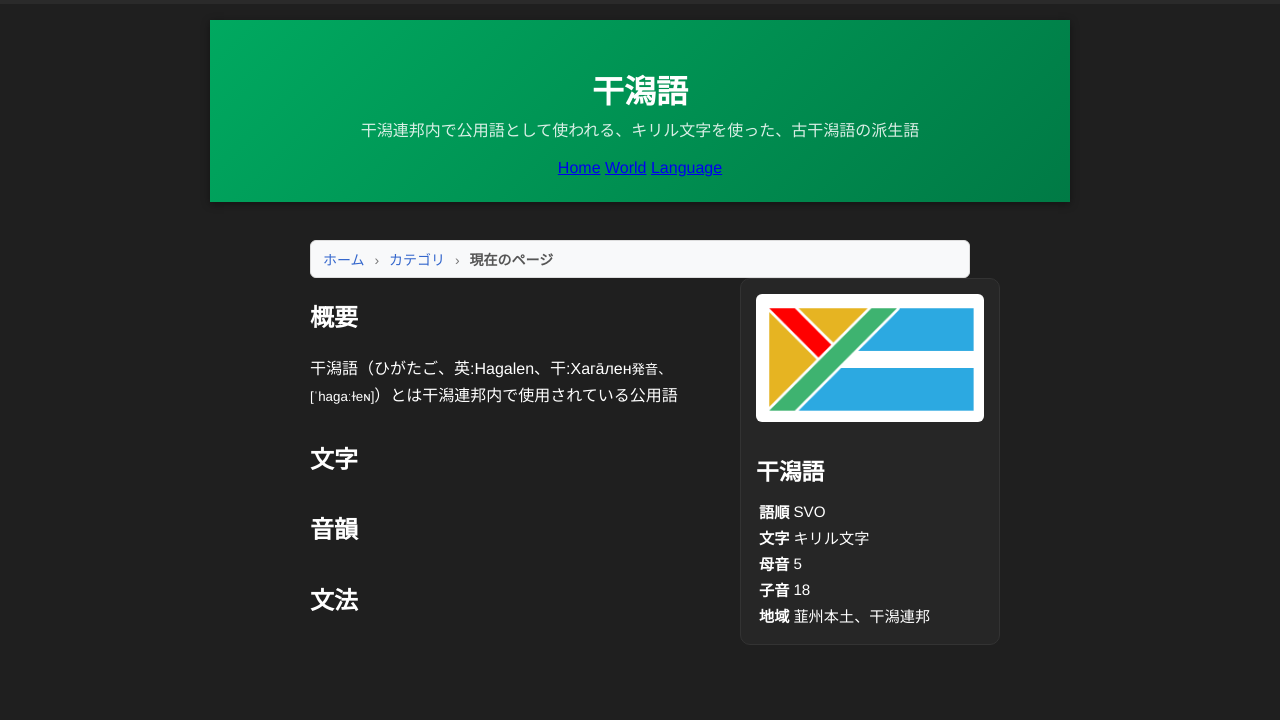
Repository: Player5270-antake/Player5270-antake.github.io
Page: language/hagalen/index.html
These files come from the project's save history. The page is drawn as it stood at one moment and after the next save; the edit follows.
The browser window is 1280 px wide. The pictures show the whole page.

Above is the page before, as saved 2026-03-08 22:47:49.

### language/hagalen/index.html
<!DOCTYPE html>
<html lang="ja">
<head>
    <meta charset="UTF-8">
    <meta name="viewport" content="width=device-width, initial-scale=1.0">
    <title>干潟語 | あんたけのガレージセンター</title>
    <link rel="stylesheet" href="../../css/base.css">
    <link rel="stylesheet" href="../../css/layout.css">
    <link rel="stylesheet" href="../../css/header.css">
    <link rel="stylesheet" href="../../css/subpage.css">
</head>
<body class="subpage">
    <div class="progress-bar">
        <div class="progress"></div>
    </div>
    <div class="container">
        <header>
            <h1>干潟語</h1>
            <p>干潟連邦内で公用語として使われる、キリル文字を使った、古干潟語の派生語</p>
            <nav>
                <a href="../../">Home</a>
                <a href="../../world/">World</a>
                <a href="../">Language</a>
            </nav>
        </header>
        <main>
            <nav class="breadcrumb">
                <a href="/">ホーム</a>
                <span class="sep">›</span>
                <a href="/category">カテゴリ</a>
                <span class="sep">›</span>
                <span class="current">現在のページ</span>
            </nav>
            <button class="toc-toggle" id="tocToggle">
            <span></span>
            <span></span>
            <span></span>
            </button>

            <nav class="toc" id="toc">
            <ul id="tocList">
            </ul>
            </nav>

            <div class="page-layout">

            <article class="article">

            <section id="overview">
            <h2>概要</h2>
            <p>干潟語（ひがたご、英:Hagalen、干:Хага̄лен<small>発音、[ˈhaɡaːɫeɴ]</small>）とは干潟連邦内で使用されている公用語</p>
            </section>

            <section id="character">
            <h2>文字</h2>
            </section>

            <section id="phonology">
            <h2>音韻</h2>
            </section>

            <section id="grammar">
            <h2>文法</h2>
            </section>

            </article>

            <aside class="infobox">
                <img src="../../image/flag_hagalen.png" alt="言語旗">
                <h2>干潟語</h2>

                <table>

                <tr>
                <th>語順</th>
                <td>SVO</td>
                </tr>

                <tr>
                <th>文字</th>
                <td>キリル文字</td>
                </tr>

                <tr>
                <th>母音</th>
                <td>5</td>
                </tr>

                <tr>
                <th>子音</th>
                <td>18</td>
                </tr>

                <tr>
                <th>地域</th>
                <td>韮州本土、干潟連邦</td>
                </tr>
                </table>
            </aside>
        </main>
    </div>
    <script src="../../javascript/toc.js" defer></script>
    <script src="../../javascript/progress.js" defer></script>
    <script src="../../javascript/toc-toggle.js" defer></script>
</body>
</html>

### css/base.css
/* リセット・基本 */
*{
    box-sizing:border-box;
}

body{
    background-color:#1f1f1f;
    color:white;
    font-family:'Helvetica Neue','Helvetica','Arial',sans-serif;
    margin:0;
}

html{
    scroll-behavior:smooth;
}

.container{
    max-width:900px;
    margin:0 auto;
    padding:20px;
}

/* 見出し */
h2{
    margin-bottom:10px;
}

/* セクション */
section{
    margin-bottom:30px;
}

/*検索ボックス*/
.search-box{
    position:relative;
    margin-top:10px;
}

#searchInput{
    padding:6px;
    border-radius:6px;
    border:none;
}

#searchResults{
    position:absolute;
    background:#2a2a2a;
    width:200px;
    border-radius:6px;
    margin-top:4px;
}

#searchResults div{
    padding:6px;
}

#searchResults a{
    color:white;
    text-decoration:none;
}

### css/layout.css
/* メイン */
main{
    padding:20px;
    margin-top:20px;
    max-width:700px;
    margin:auto;
}

/* フッター */
footer{
    margin-top:40px;
    padding:25px;
    text-align:center;
    background:#181818;
    border-top:1px solid #333;
}

.footer-nav{
    margin-top:10px;
}

.footer-nav a{
    text-decoration:none;
    color:#aaa;
    margin:0 10px;
}

.footer-nav a:hover{
    color:white;
}

/* スクロールバー */
.progress-bar{
    position:fixed;
    top:0;
    left:0;
    width:100%;
    height:4px;
    background:#2a2a2a;
    z-index:2000;
}

.progress{
    height:100%;
    width:0%;
    background:#4a90e2;
    transition:width 0.1s;
}

/*パンくずリスト*/
.breadcrumb {
    font-size: 14px;
    padding: 8px 12px;
    background: #f8f9fa;
    border: 1px solid #ddd;
    border-radius: 6px;
}

.breadcrumb a {
    text-decoration: none;
    color: #3366cc;
}

.breadcrumb a:hover {
    text-decoration: underline;
}

.breadcrumb .sep {
    margin: 0 6px;
    color: #777;
}

.breadcrumb .current {
    color: #555;
    font-weight: bold;
}

### css/header.css
header{
    background:linear-gradient(135deg,#00a960,#007a45);
    padding:25px;
    text-align:center;
    z-index:1000;
    box-shadow:0 2px 8px rgba(0,0,0,0.4);
}

header h1{
    margin-bottom:5px;
    font-size:32px;
}

header p{
    margin-top:0;
    opacity:0.85;
}

/* ナビ */
nav{
    margin-top:18px;
}

.header-nav a{
    text-decoration:none;
    color:white;
    background-color:#005f34;
    padding:8px 18px;
    margin:0 6px;
    border-radius:20px;
    font-weight:bold;
    display:inline-block;
}

.header-nav a:hover{
    background-color:#004d2b;
    transform:translateY(-2px);
}

### css/subpage.css
/* ヘッダー固定なし */
header{
    position:static;
}

/* 記事 */
.article{
    max-width:800px;
    line-height:1.7;
}

/* ページレイアウト */
.page-layout{
    display:grid;
    grid-template-columns:1fr 250px;
    gap:40px;
}

/* 目次 */
.toc-toggle{
    position:fixed;
    top:20px;
    left:20px;
    width:40px;
    height:40px;
    background:#262626;
    border:1px solid #333;
    border-radius:8px;
    cursor:pointer;
    display:none;
    z-index:2000;
    }

    .toc-toggle span{
    display:block;
    width:20px;
    height:2px;
    background:white;
    margin:6px auto;
}

.toc{
    position:fixed;
    top:80px;
    left:20px;
    background:#262626;
    border:1px solid #333;
    border-radius:10px;
    padding:12px;
    display:none;
    min-width:180px;
}

.toc ul{
    list-style:none;
    padding:0;
    margin:0;
}

.toc a{
    display:block;
    padding:5px;
    color:white;
    text-decoration:none;
    border-radius:5px;
}

.toc a:hover{
    background:#333;
}

.toc a.active{
    background:#333;
    color:#4da3ff;
    font-weight:bold;
}

.toc.open{
    display:block;
}

/* infobox */
.infobox{
    float:right;
    width:260px;
    background:#262626;
    border:1px solid #333;
    border-radius:10px;
    padding:15px;
    margin:0 0 20px 20px;
    font-size:0.95em;
}

.infobox img{
    width:100%;
    border-radius:6px;
    margin-bottom:10px;
}

/* スマホ */
@media (max-width:900px){

    .page-layout{
        grid-template-columns:1fr;
    }

    .toc{
        position:static;
    }

    .infobox{
        float:none;
        width:100%;
        margin:20px 0;
    }

}

### javascript/toc.js
const tocList = document.getElementById("tocList");
const sections = document.querySelectorAll("section");

sections.forEach(section => {

const id = section.id;
const title = section.querySelector("h2").textContent;

const li = document.createElement("li");
const link = document.createElement("a");

link.href = "#" + id;
link.textContent = title;

li.appendChild(link);
tocList.appendChild(li);

});

### javascript/progress.js
window.addEventListener("scroll", () => {

    const scrollTop =
    document.documentElement.scrollTop;

    const scrollHeight =
    document.documentElement.scrollHeight -
    document.documentElement.clientHeight;

    const progress = (scrollTop / scrollHeight) * 100;

    document.querySelector(".progress").style.width =
    progress + "%";
});

### javascript/toc-toggle.js
const button = document.querySelector(".toc-toggle");
const toc = document.querySelector(".toc");

window.addEventListener("scroll", () => {

if(window.scrollY > 300){
button.style.display = "block";
}else{
button.style.display = "none";
}

});

button.addEventListener("click", () => {

toc.classList.toggle("open");

});

After the next save:
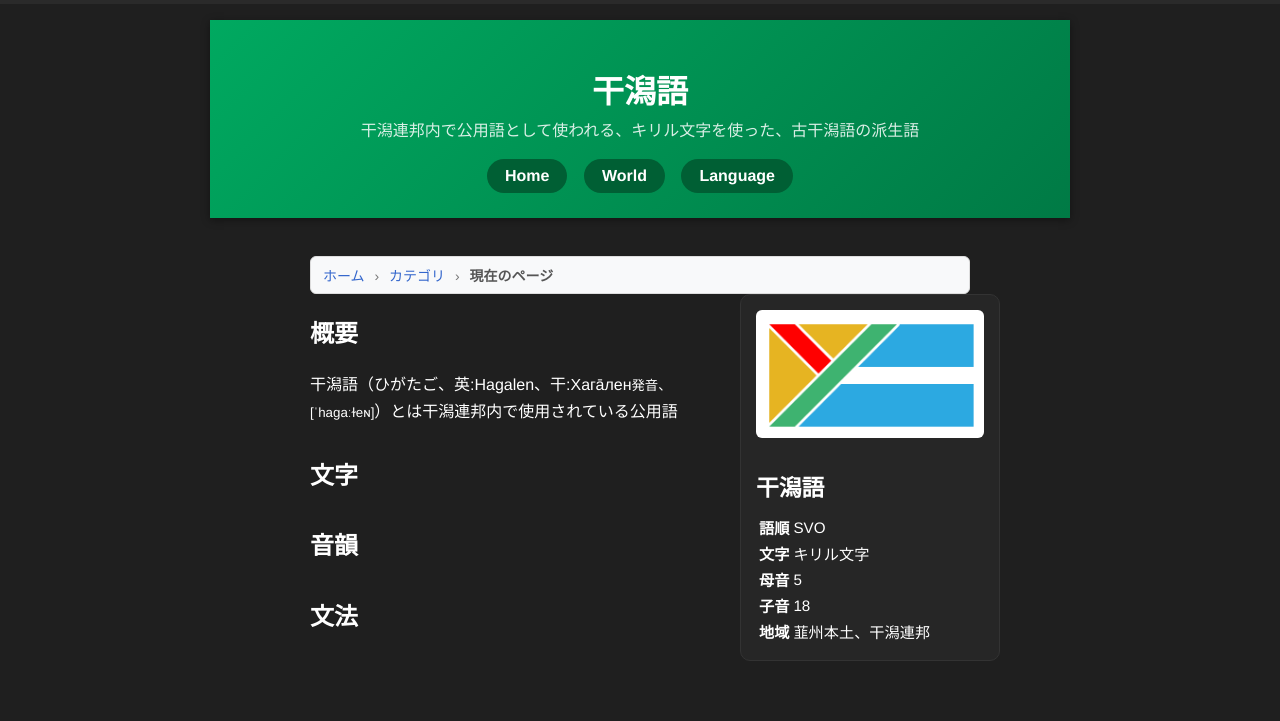
Saved 29 s later.
--- a/language/hagalen/index.html
+++ b/language/hagalen/index.html
@@ -17,7 +17,7 @@
         <header>
             <h1>干潟語</h1>
             <p>干潟連邦内で公用語として使われる、キリル文字を使った、古干潟語の派生語</p>
-            <nav>
+            <nav class="header-nav">
                 <a href="../../">Home</a>
                 <a href="../../world/">World</a>
                 <a href="../">Language</a>
